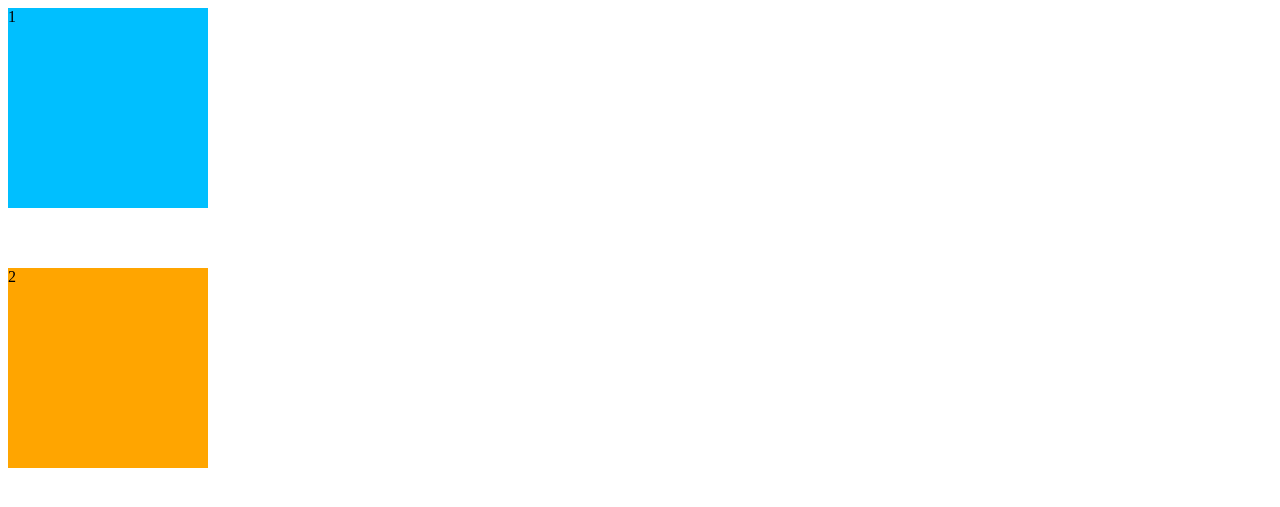
Repository: 123648923/html5-css3
Page: css/15 盒子模型/13 隐藏元素的两种方式.html
An editor plug-in stored every save of this project. The page is shown before and after the next save, followed by the edit.
The browser window is 1280 px wide. The pictures show the whole page.

Above is the page before, as saved 2023-11-07 13:45:41.

After the next save:
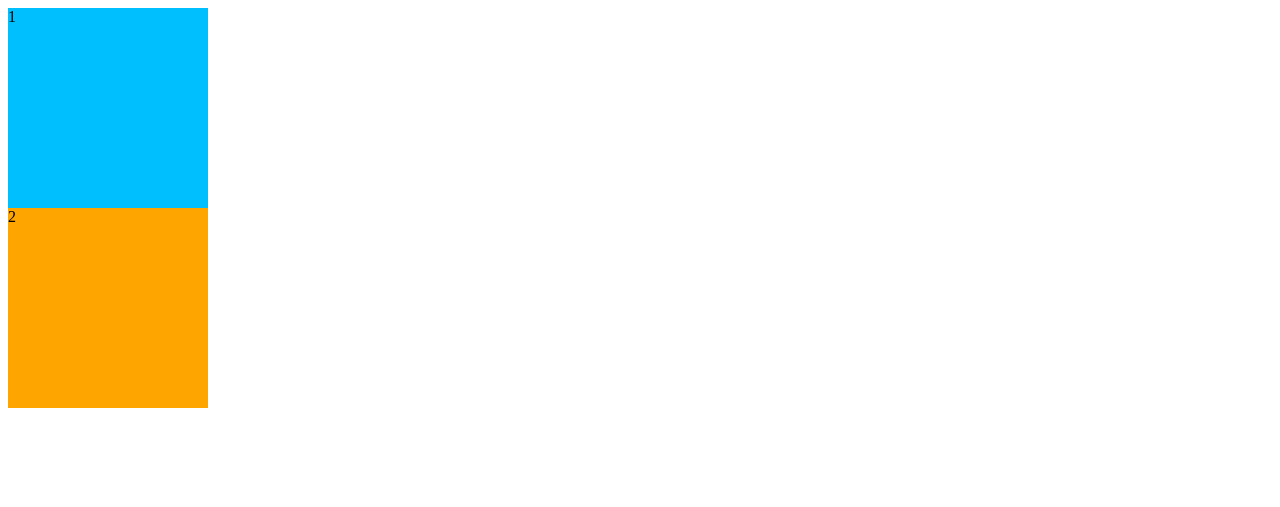
Saved 2 min 27 s later.
--- a/css/15 盒子模型/13 隐藏元素的两种方式.html
+++ b/css/15 盒子模型/13 隐藏元素的两种方式.html
@@ -12,18 +12,15 @@
 
         .box1 {
             background-color: deepskyblue;
-            margin-bottom: 50px;
         }
 
         .box2 {
             background-color: orange;
-            margin-top: 60px;
         }
     </style>
 </head>
 
 <body>
-    <!-- 上下两个兄弟margin存在合并，左右不存在合并情况 -->
     <div class="box box1">1</div>
     <div class="box box2">2</div>
 </body>
